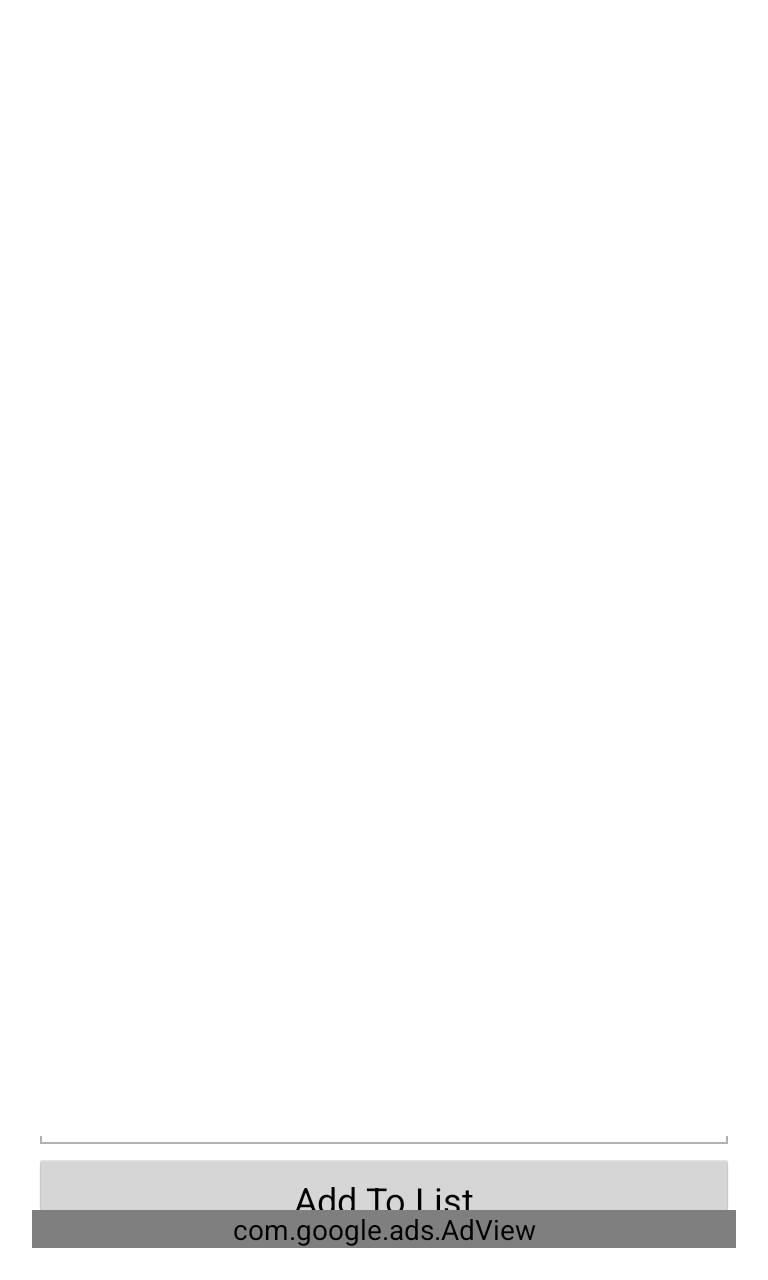
Repository: cutepig123/MyAndroidTestApps
Layout: Test3_TodoList/res/layout/activity_main.xml
The author's editor kept a copy of each file at every save. The layout is drawn from the files as they stood at one save, then again after the next save.
Pictures or frames that could not be fetched are drawn as grey boxes. It is drawn on a 768 x 1280 px phone screen (xhdpi) without system bars, with theme AppTheme; the app's code is not run. Lists and similar views that code fills are empty.

Above is the layout before, as saved 2013-04-21 06:11:13.

After the next save:
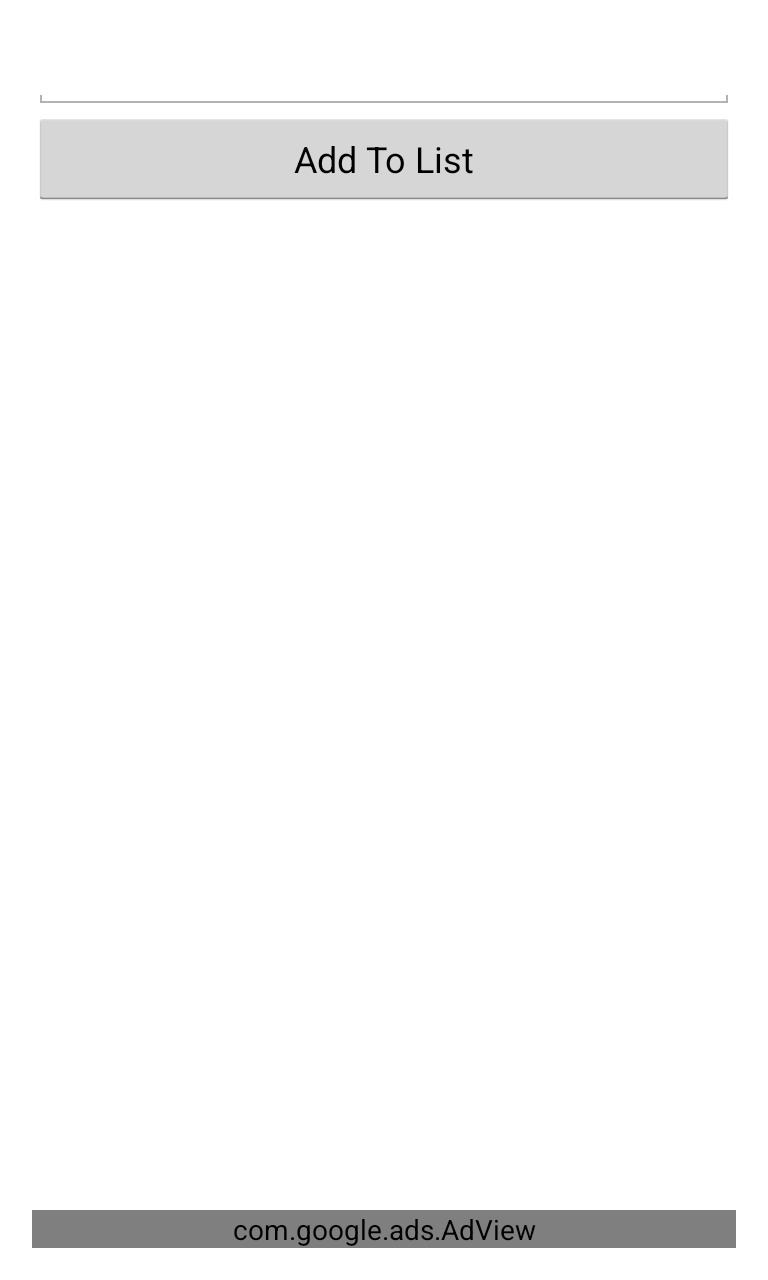
Saved 13 s later.
--- a/Test3_TodoList/res/layout/activity_main.xml
+++ b/Test3_TodoList/res/layout/activity_main.xml
@@ -15,7 +15,7 @@
         android:id="@+id/myLayout"
         android:layout_width="fill_parent"
         android:layout_height="wrap_content"
-        android:layout_alignParentBottom="true"
+        android:layout_alignParentBottom="false"
         android:layout_centerHorizontal="true"
         android:orientation="vertical" >
 
